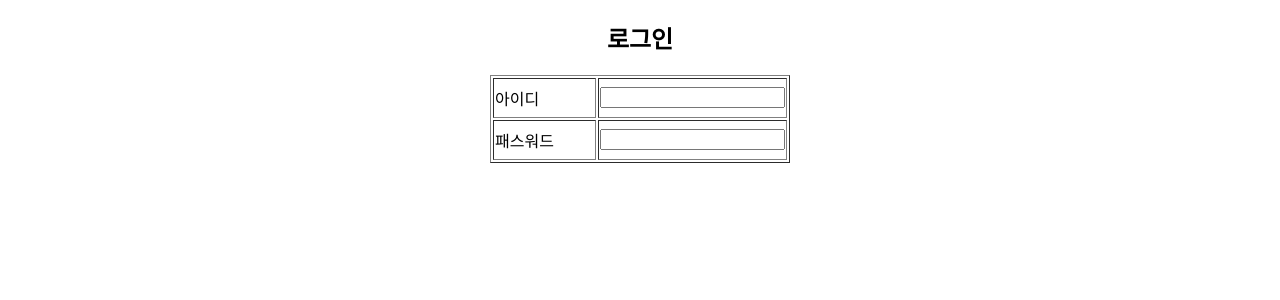
Repository: kdw1437/CreateBoardProject
Page: http://localhost/Model2-day1/LoginForm.jsp
These files come from the project's save history. The page is drawn as it stood at one moment and after the next save; the edit follows.
The browser window is 1280 px wide. The pictures show the whole page.
The page is served by Tomcat 9. Other server files are loaded and not shown.

Above is the page before, as saved 2024-08-10 07:17:47.

### Model2-day1/src/main/webapp/LoginForm.jsp
<%@ page language="java" contentType="text/html; charset=EUC-KR"
    pageEncoding="EUC-KR"%>
<!DOCTYPE html>
<html>
<body>

	<center>
	<h2> 로그인 </h2>
	<form action="LoginProc.do" method="post">
		<table width="300" border="1">
		<tr height="40">
			<td width="120">아이디</td>
			<td width="180"> <input type="text" name="id"> </td>
		</tr>
		<tr height="40">
			<td width="120">패스워드</td>
			<td width="180"> <input type="password" name="password"> </td>
		</tr>
		</table>
	</form>
	</center>
</body>
</html>

After the next save:
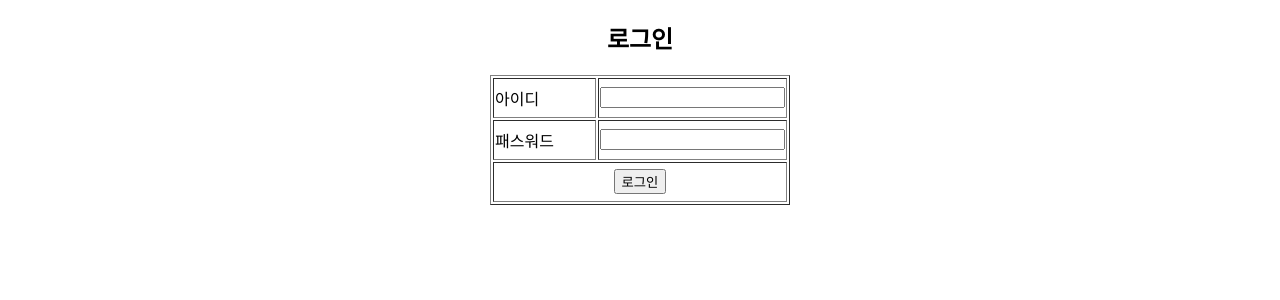
Saved 53 s later.
--- a/Model2-day1/src/main/webapp/LoginForm.jsp
+++ b/Model2-day1/src/main/webapp/LoginForm.jsp
@@ -16,6 +16,9 @@
 			<td width="120">패스워드</td>
 			<td width="180"> <input type="password" name="password"> </td>
 		</tr>
+		<tr height="40">
+			<td align="center" colspan="2">
+				<input type="submit" value="로그인">
 		</table>
 	</form>
 	</center>
